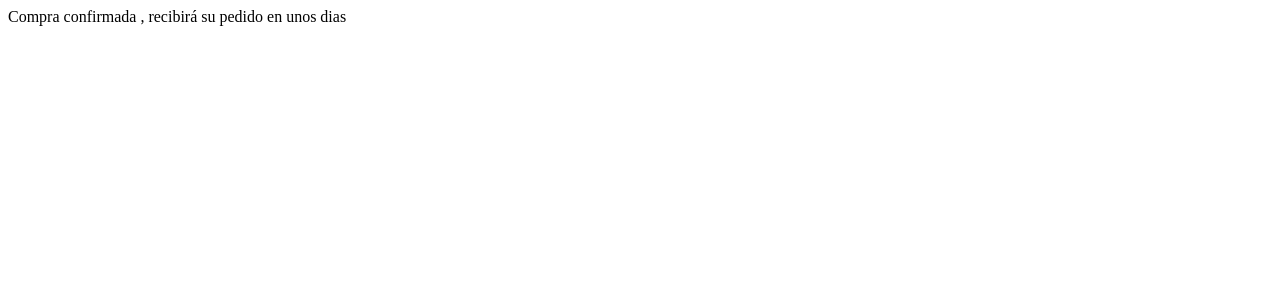
Repository: daniddm/TrabajaDawEcommerce
Page: http://localhost/Ecommerce_SanTierno/compraConfirmada.jsp
An editor plug-in stored every save of this project. The page is shown before and after the next save, followed by the edit.
The browser window is 1280 px wide. The pictures show the whole page.
The page is served by Tomcat 9. Other server files are loaded and not shown.

Above is the page before, as saved 2021-12-10 20:31:45.

### Ecommerce_SanTierno/WebContent/compraConfirmada.jsp
<%@ page language="java" contentType="text/html; charset=ISO-8859-1"
    pageEncoding="ISO-8859-1"%>
<%@taglib uri="http://java.sun.com/jsp/jstl/core" prefix="c" %>
<!DOCTYPE html>
<html>
<head>
<meta charset="ISO-8859-1">
<title>Insert title here</title>
</head>
<body>

	<div class="alert alert-success" role="alert">
  		<span>Compra confirmada ${sessionScope.usuario.username}, recibirá su pedido en unos dias</span>
	</div>

</body>
</html>

After the next save:
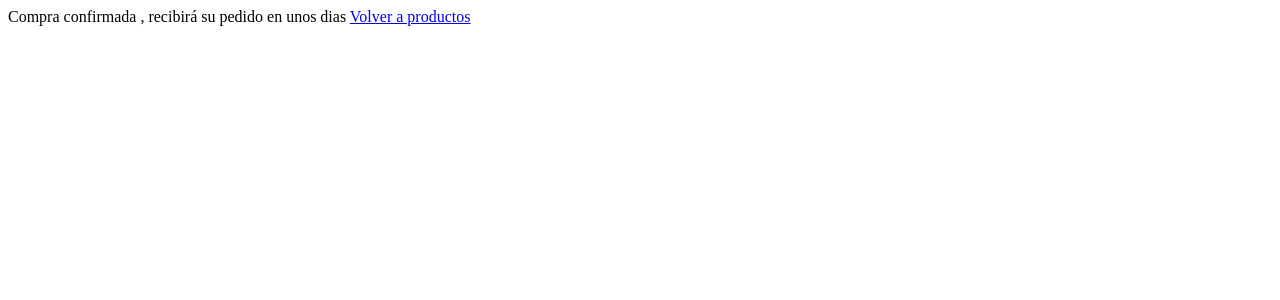
Saved 23 s later.
--- a/Ecommerce_SanTierno/WebContent/compraConfirmada.jsp
+++ b/Ecommerce_SanTierno/WebContent/compraConfirmada.jsp
@@ -11,6 +11,7 @@
 
 	<div class="alert alert-success" role="alert">
   		<span>Compra confirmada ${sessionScope.usuario.username}, recibirá su pedido en unos dias</span>
+  		<a href="Servlet?opcion=cargarProductosCategorias" class="btn btn-secondary">Volver a productos</a>
 	</div>
 
 </body>
